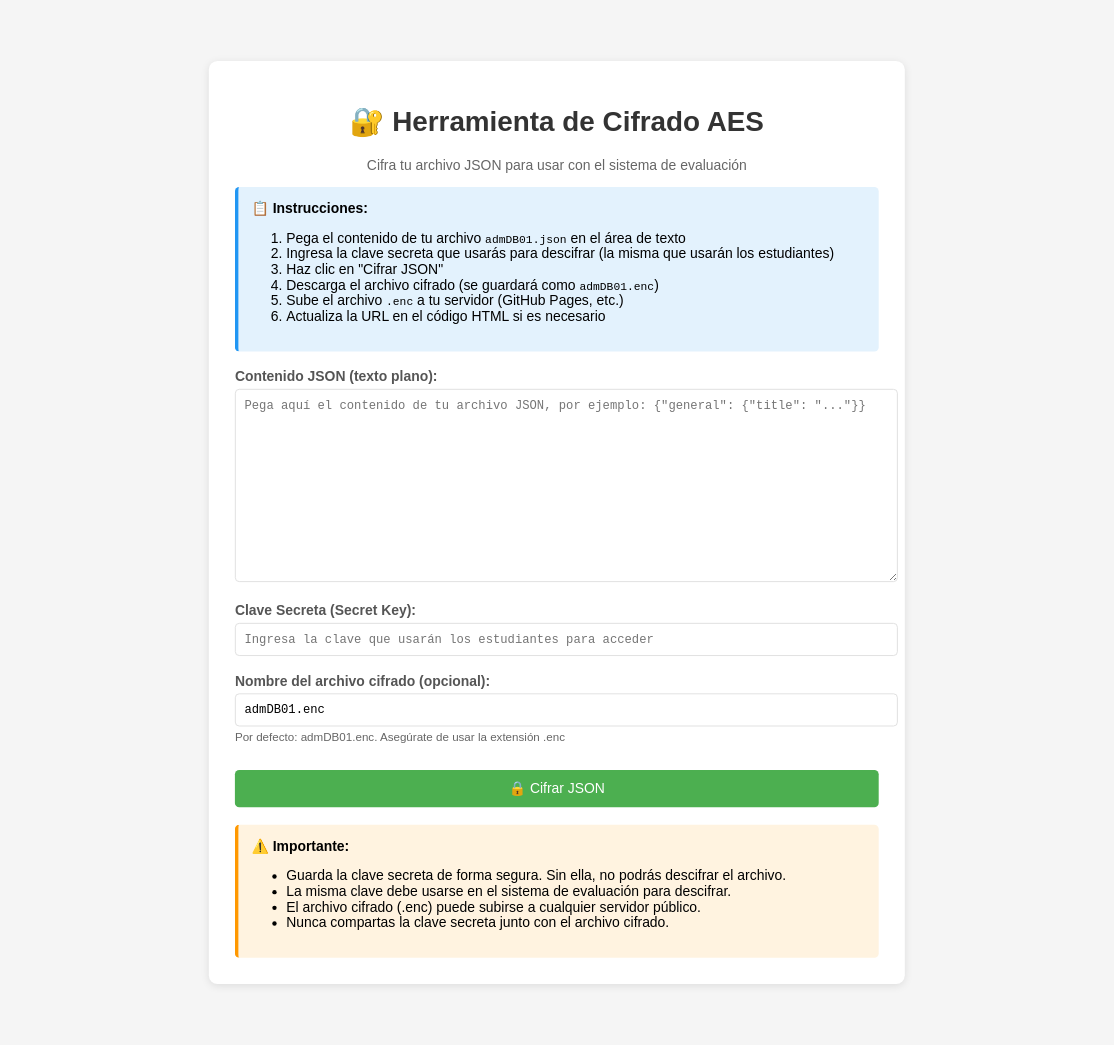
Repository: InvJesus/eva_UTTec
Page: 01/cifrar_json.html
These files come from the project's save history. The page is drawn as it stood at one moment and after the next save; the edit follows.
The browser window is 1280 px wide. The pictures show the whole page, at 87% of full size.

Above is the page before, as saved 2026-01-22 12:13:05.

### 01/cifrar_json.html
<!DOCTYPE html>
<html lang="es">
<head>
    <meta charset="UTF-8">
    <meta name="viewport" content="width=device-width, initial-scale=1.0">
    <title>Herramienta de Cifrado AES para JSON</title>
    <script src="https://cdnjs.cloudflare.com/ajax/libs/crypto-js/4.1.1/crypto-js.min.js"></script>
    <style>
        body {
            font-family: Arial, sans-serif;
            max-width: 800px;
            margin: 50px auto;
            padding: 20px;
            background-color: #f5f5f5;
        }
        .container {
            background: white;
            padding: 30px;
            border-radius: 10px;
            box-shadow: 0 2px 10px rgba(0,0,0,0.1);
        }
        h1 {
            color: #333;
            text-align: center;
        }
        .form-group {
            margin-bottom: 20px;
        }
        label {
            display: block;
            margin-bottom: 5px;
            font-weight: bold;
            color: #555;
        }
        textarea, input {
            width: 100%;
            padding: 10px;
            border: 1px solid #ddd;
            border-radius: 5px;
            font-family: monospace;
            font-size: 14px;
        }
        textarea {
            min-height: 200px;
            resize: vertical;
        }
        button {
            background-color: #4CAF50;
            color: white;
            padding: 12px 24px;
            border: none;
            border-radius: 5px;
            cursor: pointer;
            font-size: 16px;
            width: 100%;
            margin-top: 10px;
        }
        button:hover {
            background-color: #45a049;
        }
        .result {
            margin-top: 20px;
            padding: 15px;
            background-color: #e8f5e9;
            border-radius: 5px;
            border: 1px solid #4CAF50;
        }
        .info {
            background-color: #e3f2fd;
            padding: 15px;
            border-radius: 5px;
            margin-bottom: 20px;
            border-left: 4px solid #2196F3;
        }
        .warning {
            background-color: #fff3e0;
            padding: 15px;
            border-radius: 5px;
            margin-top: 20px;
            border-left: 4px solid #ff9800;
        }
        .download-btn {
            background-color: #2196F3;
            margin-top: 10px;
        }
        .download-btn:hover {
            background-color: #1976D2;
        }
    </style>
</head>
<body>
    <div class="container">
        <h1>🔐 Herramienta de Cifrado AES</h1>
        <p style="text-align: center; color: #666;">Cifra tu archivo JSON para usar con el sistema de evaluación</p>

        <div class="info">
            <strong>📋 Instrucciones:</strong>
            <ol>
                <li>Pega el contenido de tu archivo <code>admDB01.json</code> en el área de texto</li>
                <li>Ingresa la clave secreta que usarás para descifrar (la misma que usarán los estudiantes)</li>
                <li>Haz clic en "Cifrar JSON"</li>
                <li>Descarga el archivo cifrado (se guardará como <code>admDB01.enc</code>)</li>
                <li>Sube el archivo <code>.enc</code> a tu servidor (GitHub Pages, etc.)</li>
                <li>Actualiza la URL en el código HTML si es necesario</li>
            </ol>
        </div>

        <div class="form-group">
            <label for="jsonContent">Contenido JSON (texto plano):</label>
            <textarea id="jsonContent" placeholder='Pega aquí el contenido de tu archivo JSON, por ejemplo: {"general": {"title": "..."}}'></textarea>
        </div>

        <div class="form-group">
            <label for="secretKey">Clave Secreta (Secret Key):</label>
            <input type="password" id="secretKey" placeholder="Ingresa la clave que usarán los estudiantes para acceder">
        </div>

        <div class="form-group">
            <label for="fileName">Nombre del archivo cifrado (opcional):</label>
            <input type="text" id="fileName" placeholder="admDB01.enc" value="admDB01.enc">
            <small style="color: #666; display: block; margin-top: 5px;">Por defecto: admDB01.enc. Asegúrate de usar la extensión .enc</small>
        </div>

        <button onclick="cifrarJSON()">🔒 Cifrar JSON</button>

        <div id="result" style="display: none;" class="result">
            <h3>✅ JSON Cifrado Exitosamente</h3>
            <p><strong>Contenido cifrado:</strong></p>
            <textarea id="encryptedContent" readonly style="min-height: 150px; background-color: #f9f9f9;"></textarea>
            <button class="download-btn" onclick="descargarArchivo()">💾 Descargar archivo .enc</button>
        </div>

        <div class="warning">
            <strong>⚠️ Importante:</strong>
            <ul>
                <li>Guarda la clave secreta de forma segura. Sin ella, no podrás descifrar el archivo.</li>
                <li>La misma clave debe usarse en el sistema de evaluación para descifrar.</li>
                <li>El archivo cifrado (.enc) puede subirse a cualquier servidor público.</li>
                <li>Nunca compartas la clave secreta junto con el archivo cifrado.</li>
            </ul>
        </div>
    </div>

    <script>
        let encryptedData = '';

        function cifrarJSON() {
            const jsonContent = document.getElementById('jsonContent').value.trim();
            const secretKey = document.getElementById('secretKey').value.trim();

            // Validaciones
            if (!jsonContent) {
                alert('Por favor, ingresa el contenido JSON');
                return;
            }

            if (!secretKey) {
                alert('Por favor, ingresa la clave secreta');
                return;
            }

            // Validar que sea JSON válido
            try {
                JSON.parse(jsonContent);
            } catch (e) {
                alert('El contenido no es un JSON válido. Error: ' + e.message);
                return;
            }

            // Cifrar usando AES
            try {
                encryptedData = CryptoJS.AES.encrypt(jsonContent, secretKey).toString();

                // Mostrar resultado
                document.getElementById('encryptedContent').value = encryptedData;
                document.getElementById('result').style.display = 'block';

                // Scroll al resultado
                document.getElementById('result').scrollIntoView({ behavior: 'smooth' });
            } catch (e) {
                alert('Error al cifrar: ' + e.message);
            }
        }

        function descargarArchivo() {
            if (!encryptedData) {
                alert('No hay contenido cifrado para descargar');
                return;
            }

            // Crear blob y descargar
            const blob = new Blob([encryptedData], { type: 'text/plain' });
            const url = URL.createObjectURL(blob);
            const a = document.createElement('a');
            a.href = url;
            // Nombre del archivo (puedes cambiarlo aquí)
            const fileName = document.getElementById('fileName')?.value || 'admDB01.enc';
            a.download = fileName;
            document.body.appendChild(a);
            a.click();
            document.body.removeChild(a);
            URL.revokeObjectURL(url);
        }
    </script>
</body>
</html>

After the next save:
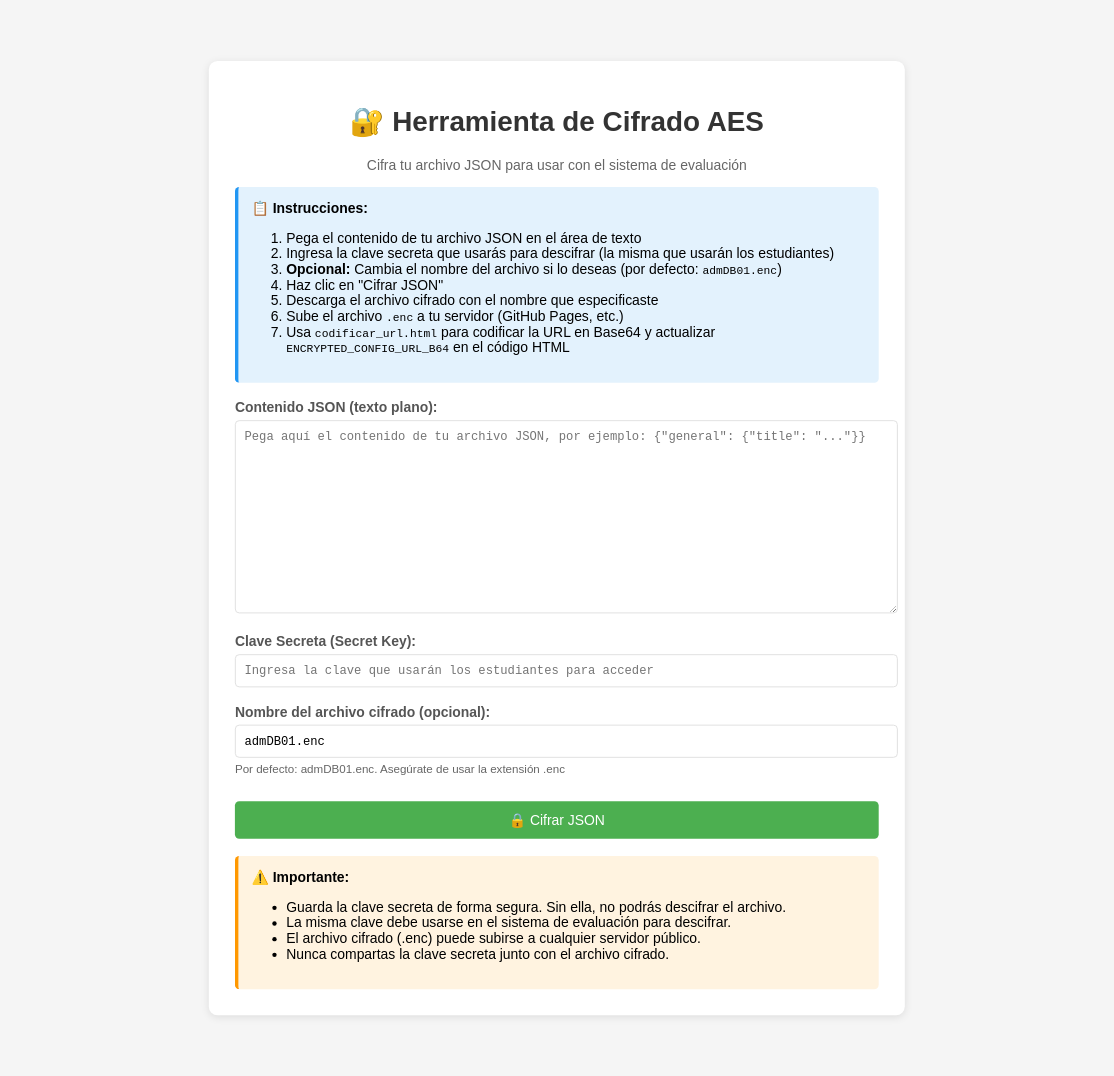
Saved 89 s later.
--- a/01/cifrar_json.html
+++ b/01/cifrar_json.html
@@ -96,12 +96,13 @@
         <div class="info">
             <strong>📋 Instrucciones:</strong>
             <ol>
-                <li>Pega el contenido de tu archivo <code>admDB01.json</code> en el área de texto</li>
+                <li>Pega el contenido de tu archivo JSON en el área de texto</li>
                 <li>Ingresa la clave secreta que usarás para descifrar (la misma que usarán los estudiantes)</li>
+                <li><strong>Opcional:</strong> Cambia el nombre del archivo si lo deseas (por defecto: <code>admDB01.enc</code>)</li>
                 <li>Haz clic en "Cifrar JSON"</li>
-                <li>Descarga el archivo cifrado (se guardará como <code>admDB01.enc</code>)</li>
+                <li>Descarga el archivo cifrado con el nombre que especificaste</li>
                 <li>Sube el archivo <code>.enc</code> a tu servidor (GitHub Pages, etc.)</li>
-                <li>Actualiza la URL en el código HTML si es necesario</li>
+                <li>Usa <code>codificar_url.html</code> para codificar la URL en Base64 y actualizar <code>ENCRYPTED_CONFIG_URL_B64</code> en el código HTML</li>
             </ol>
         </div>
 
